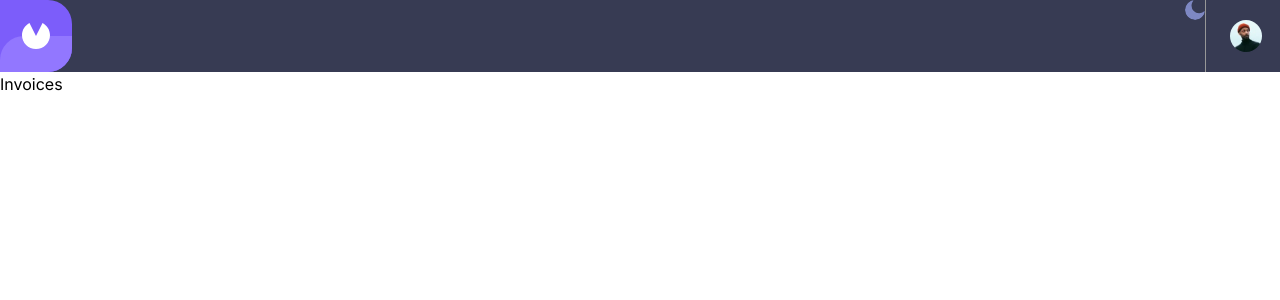
Repository: theoneswhodead/invoice-app
Page: /
The author's editor kept a copy of each file at every save. The page is drawn from the files as they stood at one save, then again after the next save.
The browser window is 1280 px wide. The pictures show the whole page.
The project was rebuilt for these pictures with package versions that can differ from the ones it lists, and the page was loaded fresh each time. The framework's server and built-in components were replaced by stand-ins that run in the browser. Also part of the build but not shown: next.config.mjs.

Above is the page before, as saved 2024-08-19 18:15:42.

After the next save:
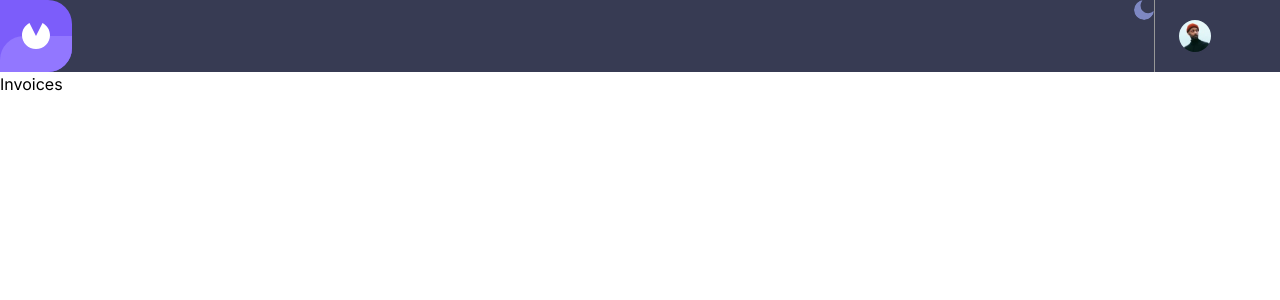
Saved 45 s later.
--- a/app/components/BarMenu.tsx
+++ b/app/components/BarMenu.tsx
@@ -28,7 +28,7 @@ const BarMenu = () => {
             />
         </div>
       </div>
-      <div className='border-l border-light_gray w-[80px]'>
+      <div className='border-l border-light_gray w-[140px]'>
         <Image
             src="/image-avatar.jpg"
             width={32}
